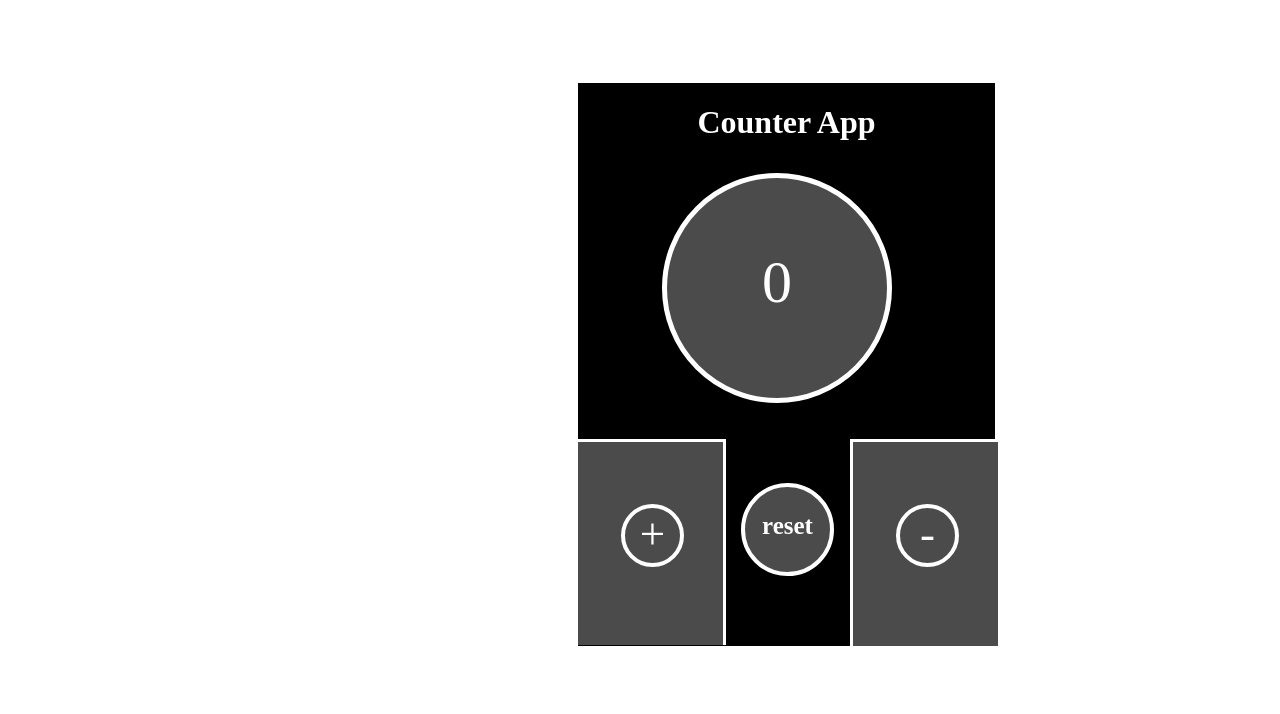
Repository: sara55m/Counter_App
Page: index.html
These files come from the project's save history. The page is drawn as it stood at one moment and after the next save; the edit follows.
The browser window is 1280 px wide. The pictures show the whole page.

Above is the page before, as saved 2024-08-01 03:59:15.

### index.html
<!DOCTYPE html>
<html lang="en">
<head>
    <meta charset="UTF-8">
    <meta name="viewport" content="width=device-width, initial-scale=1.0">
    <title>Document</title>
    <link rel="stylesheet" href="css/style.css">
</head>
<body>
    <div class="container">
        <h1>Counter App</h1>
        <div class="main" id="main"><p class="one" id="one"></p></div>
        <div class="increase" id="increase" onclick="increase()"><div class="increase2">+</div></div>
        <div class="decrease" id="decrease" onclick="decrease()"><div class="decrease2">-</div></div>
        <div class="reset" onclick="reset_1()"><p class="third">reset</p></div>
    </div>
    <script src="js/script.js"></script>
</body>
</html>

### css/style.css
.container{
    position: absolute;
    top:80px;
    left:575px;
    height:563px;
    width:417px;
    background-color: black;
    border:3px solid white;
}
h1{
    text-align: center;
    color:white;
    margin-bottom: 10px;
}
p.one{
    text-align: center;
    font-size: 60px;

}

.main{
    position:absolute;
    top:90px;
    left:84px;
    height:200px;
    width:200px;
    border:5px solid white;
    background-color:#4b4b4b;
    font-size: 50px;
    padding:10px;
    color:white;
    border-radius:50%;


}

.increase{
    position:absolute;
    top:356px;
    left:0px;
    height:203px;
    width:145px;
    background-color:#4b4b4b;
    border-top:3px solid white;
    border-right: 3px solid white;

}

.increase .increase2{
    position:absolute;
    top:62px;
    left:43px;
    height:55px;
    width:55px;
    border-radius: 50%;
    border:4px solid white;
    background-color:#4b4b4b;
    text-align: center;
    font-size: 45px;
    color:white;
}

.decrease{
    position:absolute;
    top:356px;
    left:272px;
    background-color:#4b4b4b;
    height:204px;
    width:145px;
    border-top:3px solid white;
    border-left: 3px solid white;

}
.decrease .decrease2{
    position:absolute;
    top:62px;
    left:43px;
    height:55px;
    width:55px;
    border-radius: 50%;
    border:4px solid white;
    background-color:#4b4b4b;
    text-align: center;
    font-size: 45px;
    color:white;
}

.reset{
    position:absolute;
    top:400px;
    left:163px;
    height:85px;
    width:85px;
    border-radius: 50%;
    background-color:#4b4b4b;
    font-weight: bolder;
    border:4px solid white;

}

p.third{
    font-size: 25px;
    text-align: center;
    color:white;
}

### js/script.js
let count=0;
document.getElementById("one").innerHTML=count;
function increase(){
    count+=1;
    document.getElementById("one").innerHTML=count;
}

function reset_1(){
    count=0;
    document.getElementById("one").innerHTML=count;
}

count=0;
document.getElementById("one").innerHTML=count;
function decrease(){
    count-=1;
    document.getElementById("one").innerHTML=count;

}

After the next save:
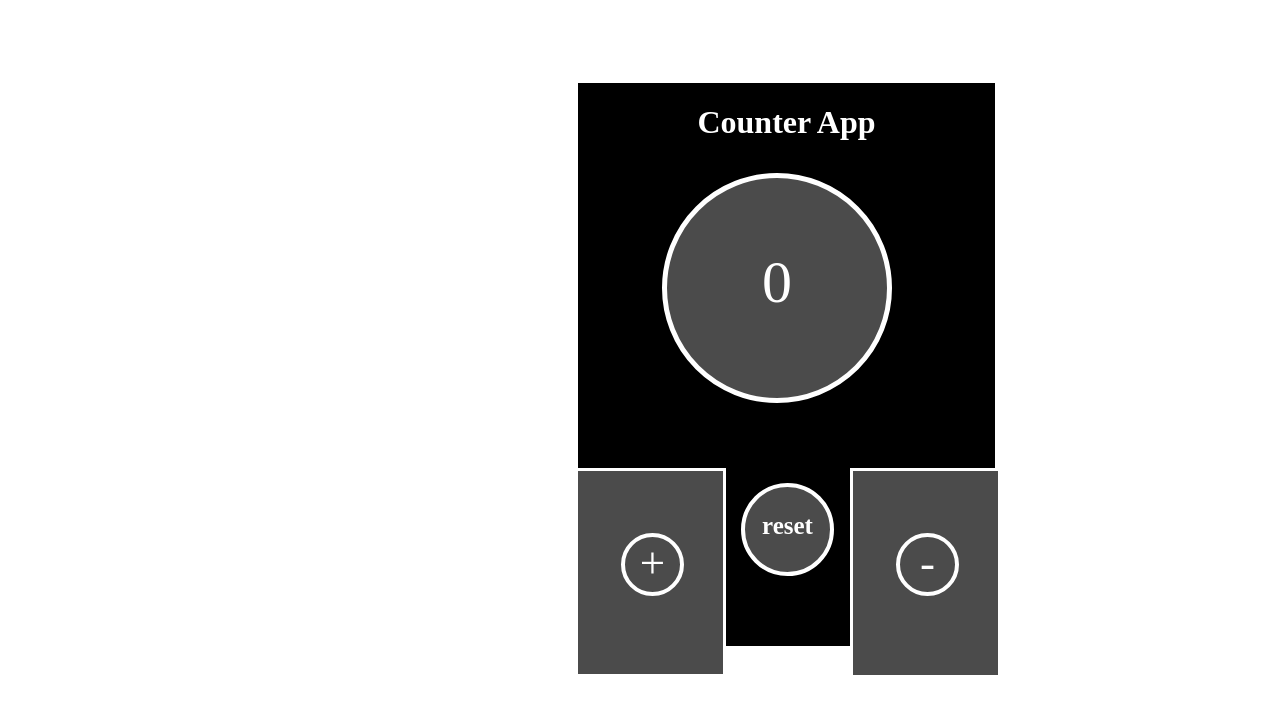
Saved 41 s later.
--- a/css/style.css
+++ b/css/style.css
@@ -36,7 +36,7 @@ p.one{
 
 .increase{
     position:absolute;
-    top:356px;
+    top:385px;
     left:0px;
     height:203px;
     width:145px;
@@ -62,7 +62,7 @@ p.one{
 
 .decrease{
     position:absolute;
-    top:356px;
+    top:385px;
     left:272px;
     background-color:#4b4b4b;
     height:204px;
